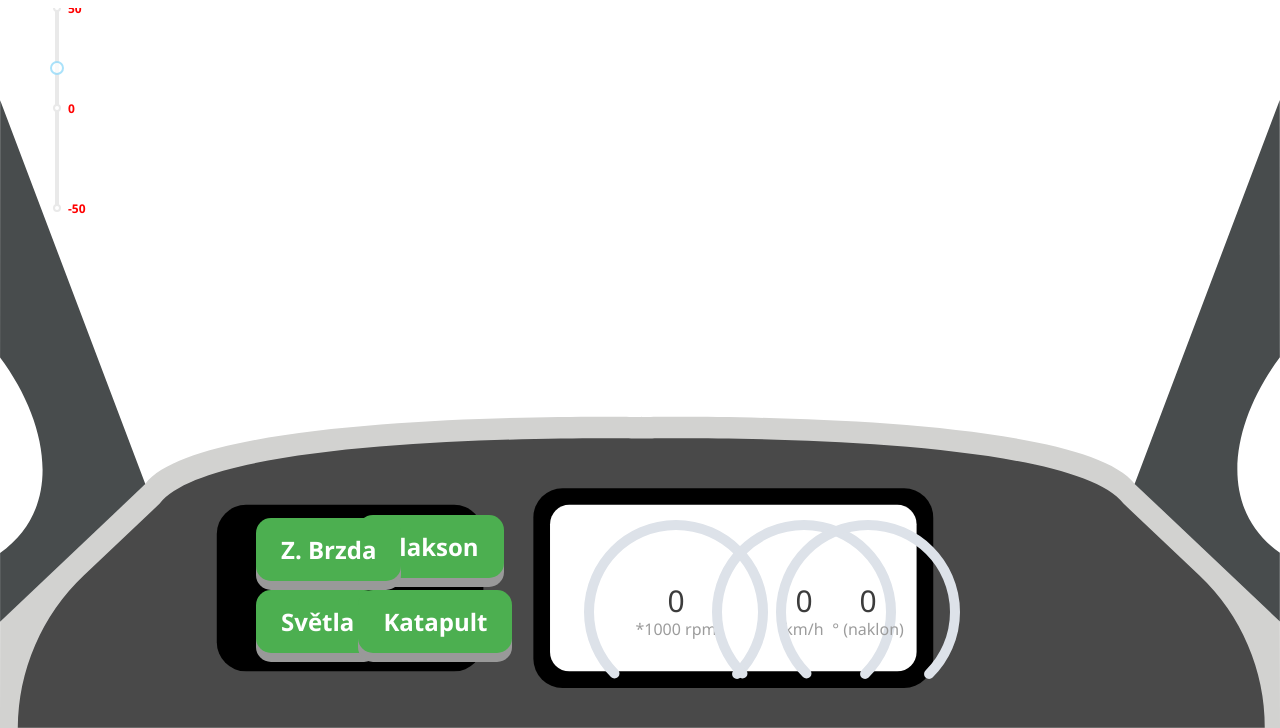
Repository: matyasvelc/train
Page: / (app in frontend/)
These files come from the project's save history. The page is drawn as it stood at one moment and after the next save; the edit follows.
The browser window is 1280 px wide. The pictures show the whole page.
The page's requests for data from a server got no answer. The project was rebuilt for these pictures with package versions that can differ from the ones it lists, and the page was loaded fresh each time. No one was signed in, and anything a server would have sent is missing.

Above is the page before, as saved 2022-04-04 16:56:54.

After the next save:
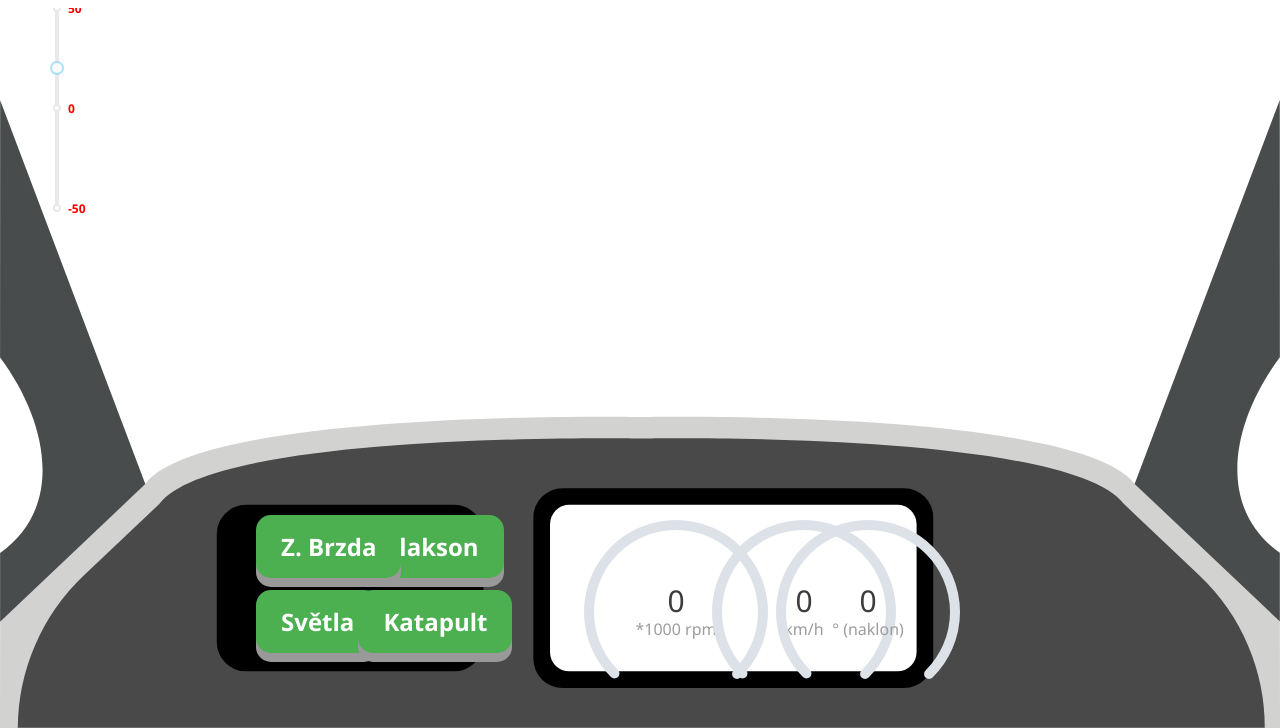
Saved 5 s later.
--- a/frontend/src/styles.css
+++ b/frontend/src/styles.css
@@ -84,7 +84,7 @@ body {
 }
 .d{
   position: absolute;
-  top: 72%;
+  top: 71.5%;
   left: 20%;
 }
 .svetla{
